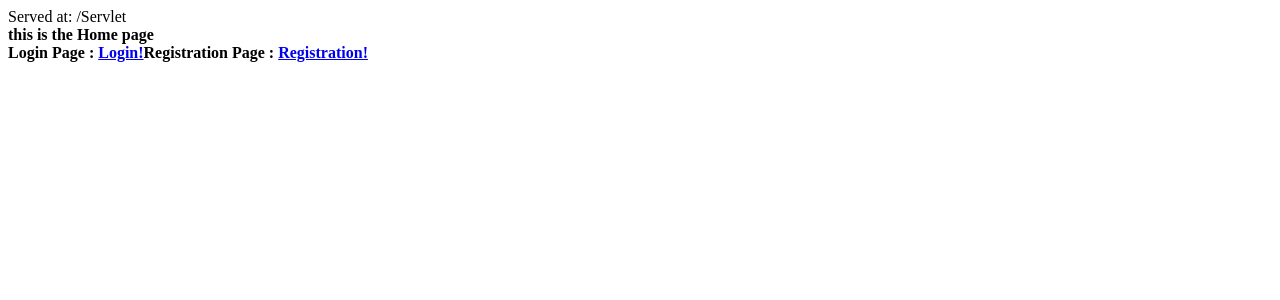
Repository: shivanii10/JavaCoreConcepts
Page: http://localhost/Servlet/LoginPage
These files come from the project's save history. The page is drawn as it stood at one moment and after the next save; the edit follows.
The browser window is 1280 px wide. The pictures show the whole page.
The page is served by Tomcat 9.

Above is the page before, as saved 2022-03-21 09:28:40.

After the next save:
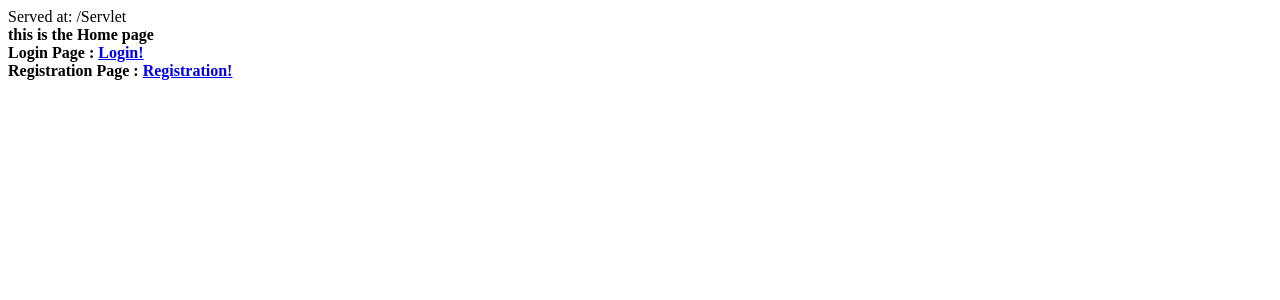
Saved 26 s later.
--- a/Servlet/src/main/java/Servlet/LoginPage.java
+++ b/Servlet/src/main/java/Servlet/LoginPage.java
@@ -34,7 +34,7 @@ public class LoginPage extends HttpServlet {
 		response.setContentType("text/html");
 		out.println("<html><body>");
 		out.println("<b><br> this is the Home page <br>"
-				+ "Login Page :  <a href=\"Index.html\">Login!</a>"
+				+ "Login Page :  <a href=\"Index.html\">Login!</a><br>"
 				+ "Registration Page :  <a href=\"Registration.html\">Registration!</a>");
 		out.println("</html></body>");
 		out.close();
